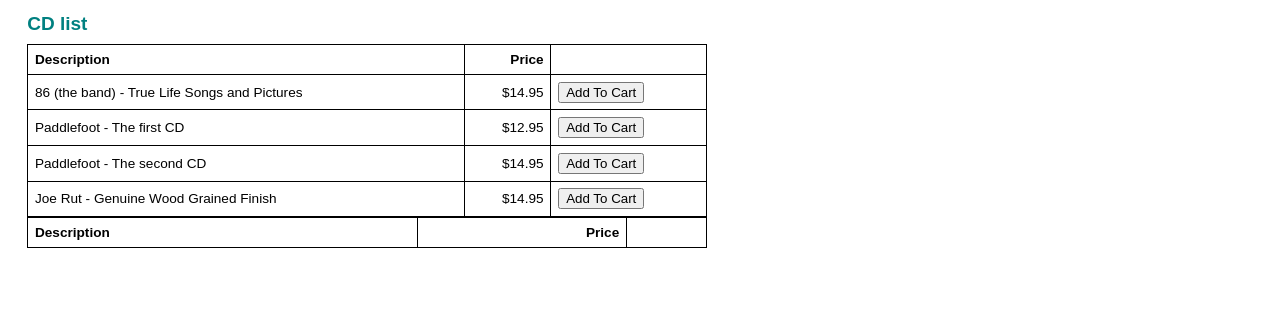
Repository: jayjaganathan/mysolutions
Page: http://localhost/ch10_ex2_cart/
An editor plug-in stored every save of this project. The page is shown before and after the next save, followed by the edit.
The browser window is 1280 px wide. The pictures show the whole page.
The page is served by Tomcat 9.

Above is the page before, as saved 2015-04-10 15:55:46.

After the next save:
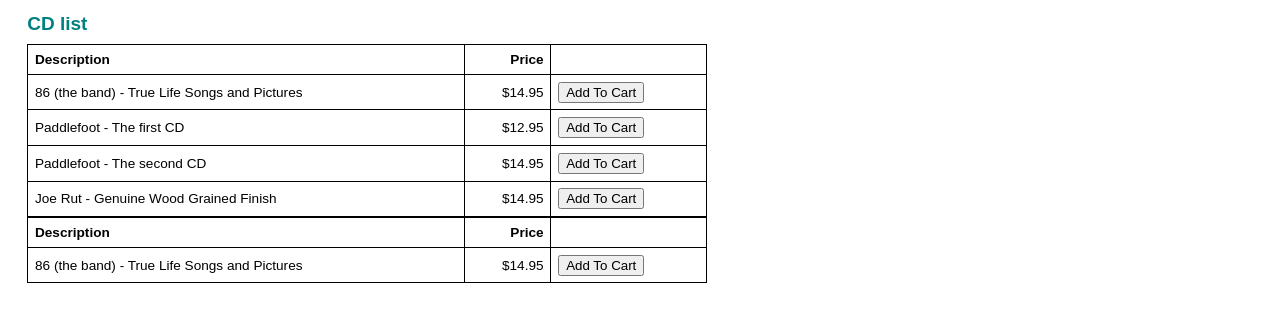
Saved 30 s later.
--- a/workspace/eclipse/ch10_ex2_cart/WebContent/index.jsp
+++ b/workspace/eclipse/ch10_ex2_cart/WebContent/index.jsp
@@ -48,12 +48,24 @@
     </tr>
 </table>
 
-        <table>
+    <table>
     <tr>
         <th>Description</th>
         <th class="right">Price</th>
         <th>&nbsp;</th>
     </tr>
+
+    <mma:product>
+    	    <tr>
+        <td>86 (the band) - True Life Songs and Pictures</td>
+        <td class="right">$14.95</td>
+        <td><form action="cart" method="post">
+                <input type="hidden" name="productCode" value="8601">
+                <input type="submit" value="Add To Cart">
+            </form></td>
+    </tr>
+    </mma:product>
+
     </table>
 
 </body>
